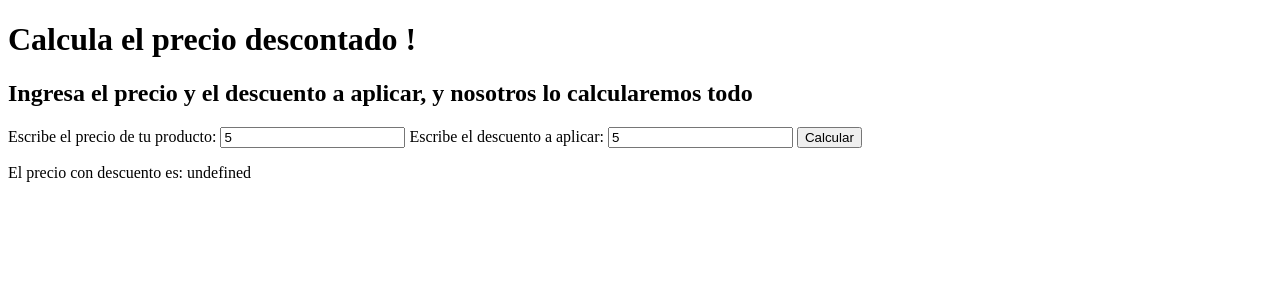
Repository: ChristianGecchelin/javascript-project
Page: javascript-project/descuentos y porcentajes/descuentos.html
These files come from the project's save history. The page is drawn as it stood at one moment and after the next save; the edit follows.
The browser window is 1280 px wide. The pictures show the whole page.
Empty fields were first filled with sample values (such as "Sample", 5 or name@example.com).
After loading, the first visible `button` was clicked once.

Above is the page before, as saved 2021-12-03 13:17:12.

### javascript-project/descuentos y porcentajes/descuentos.html
<!DOCTYPE html>
<html lang="es">
  <head>
    <meta charset="UTF-8" />
    <meta http-equiv="X-UA-Compatible" content="IE=edge" />
    <meta name="viewport" content="width=device-width, initial-scale=1.0" />
    <title>Porcentajes y descuentos</title>
  </head>
  <body>
    <header>
      <h1>Calcula el precio descontado !</h1>
    </header>
    <section>
      <h2>
        Ingresa el precio y el descuento a aplicar, y nosotros lo calcularemos
        todo
      </h2>
      <div>
        <form action="">
          <label for="input-price"> Escribe el precio de tu producto:</label>
          <input type="number" id="inputPrice" />
          <label for="input-discount">Escribe el descuento a aplicar:</label>
          <input type="number" id="inputDiscount" />
          <button type="button" onclick="calculateDiscountPrice()">
            Calcular
          </button>
        </form>
      </div>
      <section>
        <p id="resultFunction"></p>
      </section>
    </section>
    <script src="./descuentos.js"></script>
  </body>
</html>

### javascript-project/descuentos y porcentajes/descuentos.js
function calculoPrecioConDescuento(precio, descuento) {
  /* Calculo el porcentaje final que PAGARA el cliente */
  const porcentajePrecioConDescuento = 100 - descuento;
  const precioConDescuento = (precio * porcentajePrecioConDescuento) / 100;
  return console.log(
    `El precio original es ${precio}. El precio que pagarás es ${precioConDescuento}`
  );
}
function calculateDiscountPrice() {
  const inputPrice = document.getElementById("inputPrice");
  const priceValue = inputPrice.value;
  const inputDiscount = document.getElementById("inputDiscount");
  const discountValue = inputDiscount.value;
  const precioConDescuento = calculoPrecioConDescuento(
    priceValue,
    discountValue
  );

  console.log(precioConDescuento);
  const resultFunction = document.getElementById("resultFunction");
  resultFunction.innerText = `El precio con descuento es: ${precioConDescuento}`;
}

After the next save:
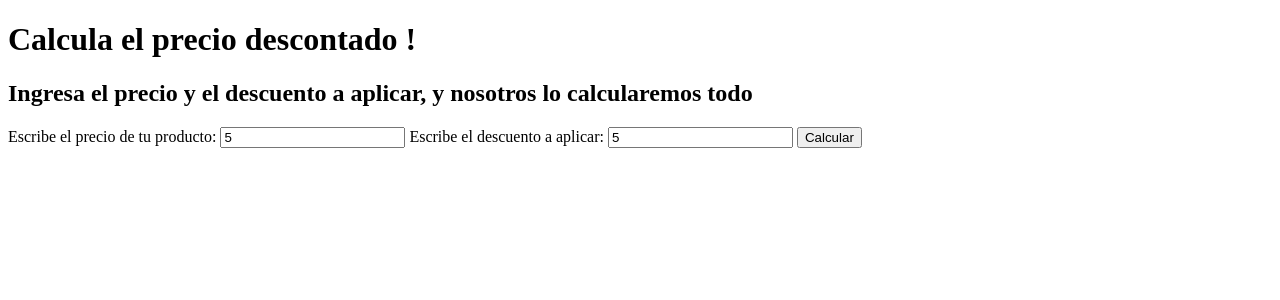
Console error: SyntaxError: missing ) after argument list
Saved 3 min 44 s later.
--- a/javascript-project/descuentos y porcentajes/descuentos.js
+++ b/javascript-project/descuentos y porcentajes/descuentos.js
@@ -14,6 +14,7 @@
   const precioConDescuento = calculoPrecioConDescuento(
     priceValue,
     discountValue
+    console.log(discountValue)
   );
 
   console.log(precioConDescuento);

After the 2 saves that followed:
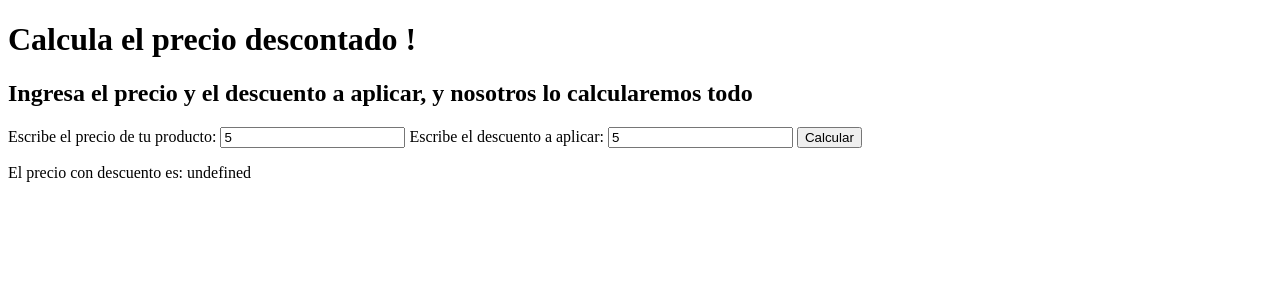
The error is gone.
The 2 saves are shown as one change because 1 left the picture as it was.
The last was saved 34 s later.
--- a/javascript-project/descuentos y porcentajes/descuentos.js
+++ b/javascript-project/descuentos y porcentajes/descuentos.js
@@ -14,7 +14,6 @@
   const precioConDescuento = calculoPrecioConDescuento(
     priceValue,
     discountValue
-    console.log(discountValue)
   );
 
   console.log(precioConDescuento);
